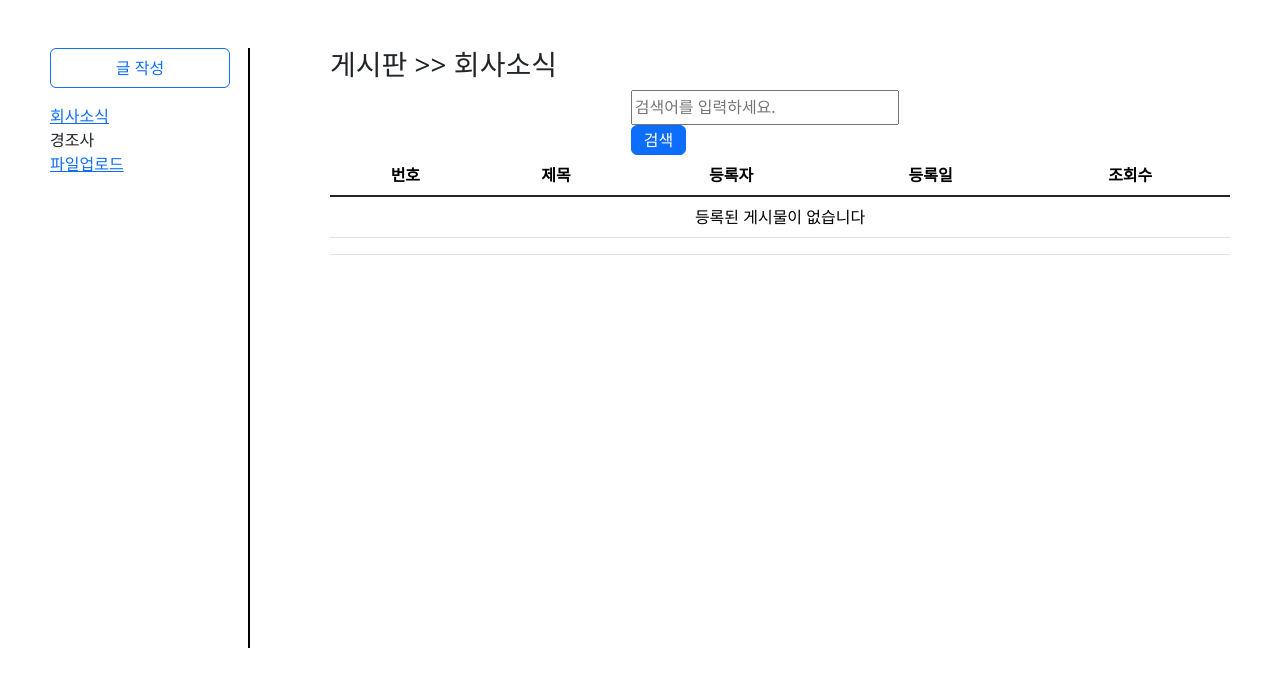
Repository: KimDongGyuu/final
Page: http://localhost/aceworks/WEB-INF/views/company_news/company_news_List.jsp
An editor plug-in stored every save of this project. The page is shown before and after the next save, followed by the edit.
The browser window is 1280 px wide. The pictures show the whole page.
The page is served by Tomcat 9. Nobody is signed in. The template is opened directly, without the code that normally fills it, so the values that code supplies are empty.

Above is the page before, as saved 2024-03-17 04:06:57.

After the next save:
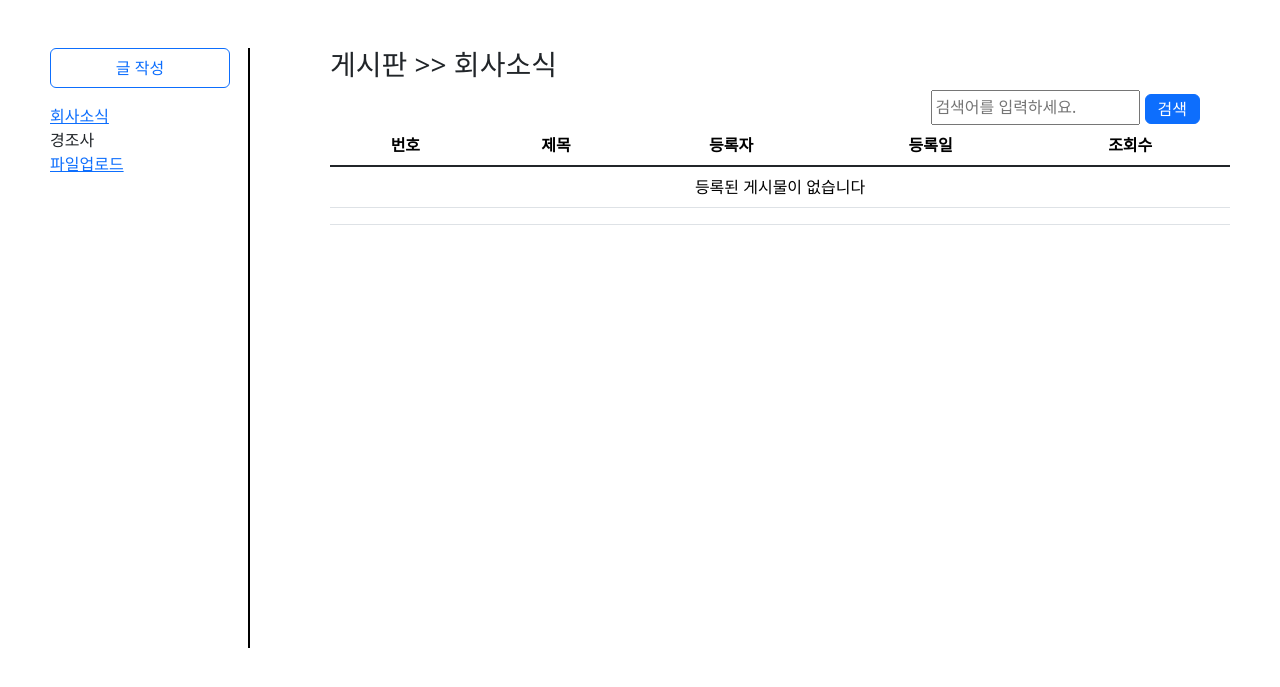
Saved 11 s later.
--- a/aceworks/src/main/webapp/WEB-INF/views/company_news/company_news_List.jsp
+++ b/aceworks/src/main/webapp/WEB-INF/views/company_news/company_news_List.jsp
@@ -47,9 +47,9 @@ h3 {
 		</div>
 		<div id="right">
 		<div class="mt-5 mb-2"><span class="h3">게시판 &gt;&gt; 회사소식</span></div>
-<div class="mt-2 d-flex gap-2 justify-content-center">
+<div class="mt-2 d-flex gap-2 justify-content-end">
     <form action="company_newsSearch.do">
-        <input type="text" id="searchKeyword" name="keyword" placeholder="검색어를 입력하세요." style="width:90%; height: 35px;">
+        <input type="text" id="searchKeyword" name="keyword" placeholder="검색어를 입력하세요." style="width:70%; height: 35px;">
         <button id="Sbt" type="submit" class="btn btn btn-primary">검색</button>
     </form>
 </div>
